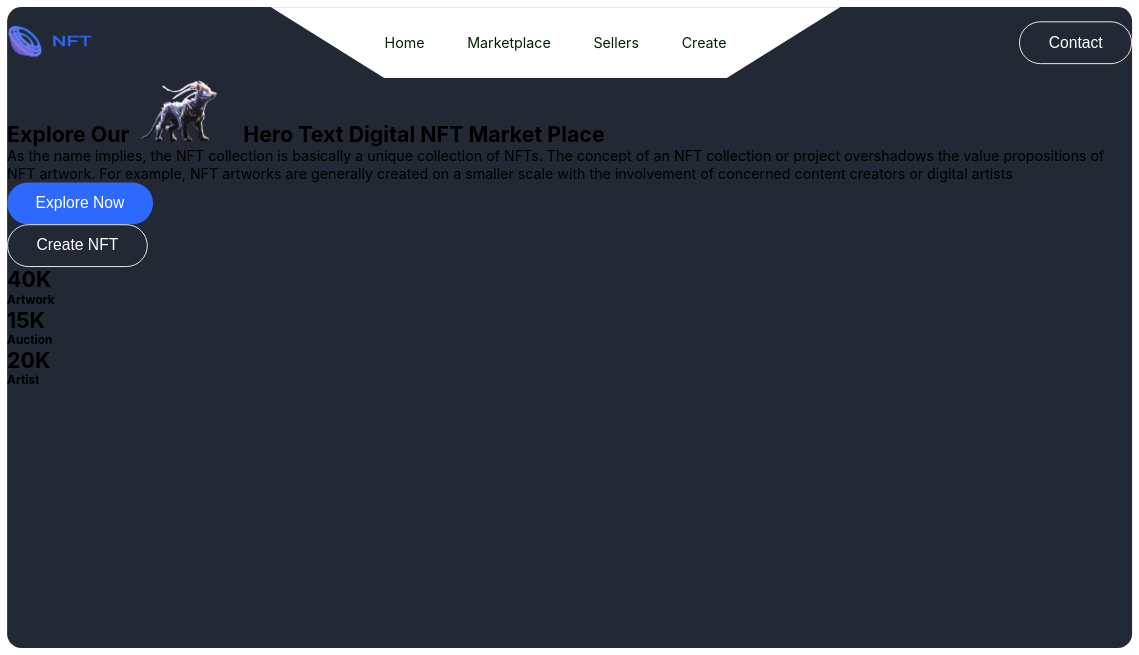
Repository: Ellisvelandia/NFT
Page: /
An editor plug-in stored every save of this project. The page is shown before and after the next save, followed by the edit.
The browser window is 1280 px wide. The pictures show the whole page, at 89% of full size.
The project was rebuilt for these pictures with package versions that can differ from the ones it lists, and the page was loaded fresh each time.

Above is the page before, as saved 2022-08-21 15:13:52.

After the next save:
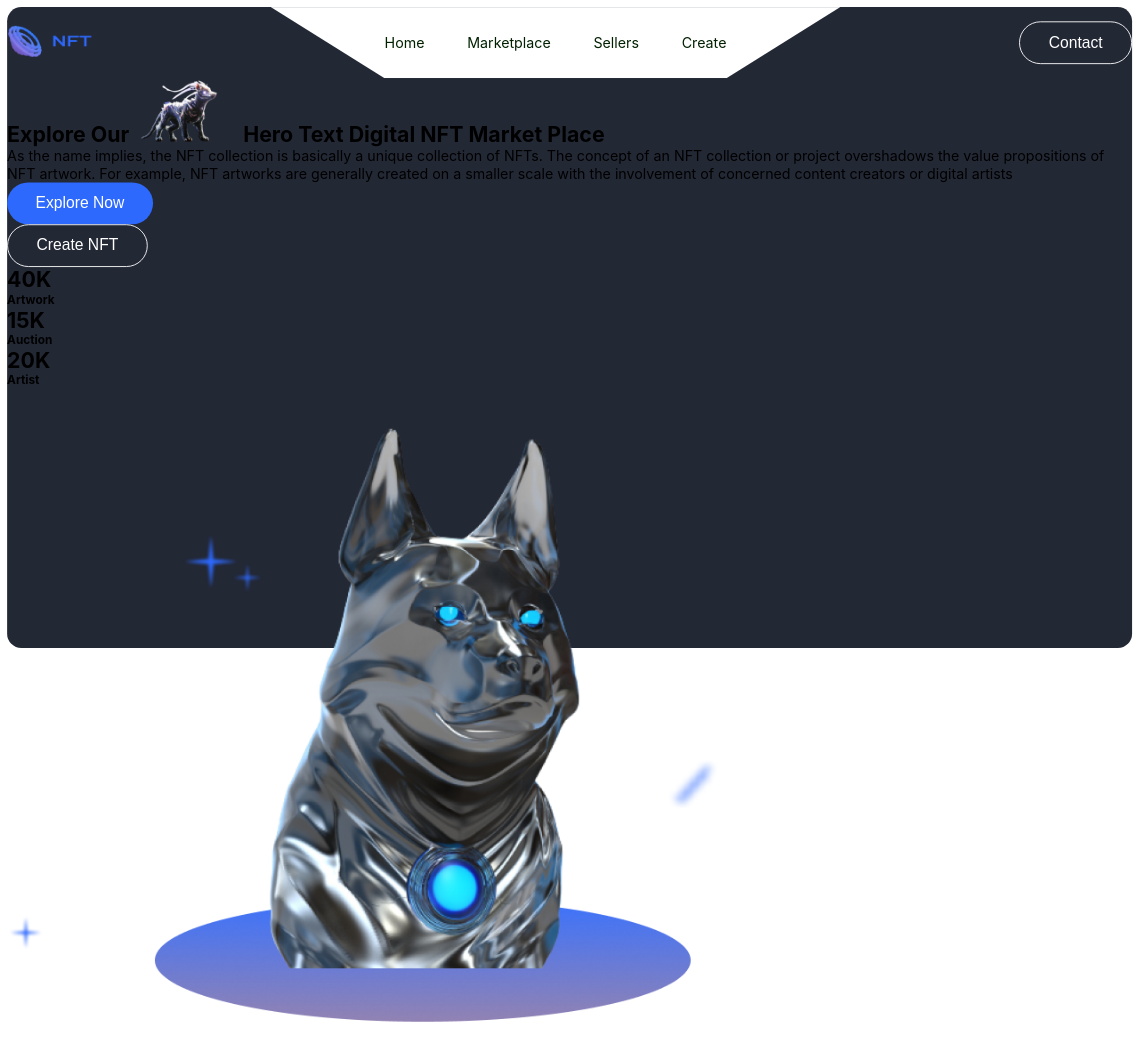
Saved 55 s later.
--- a/src/components/Home.jsx
+++ b/src/components/Home.jsx
@@ -47,7 +47,7 @@
         </div>
       </div>
       <div className="image">
-        <img src="" alt="" />
+        <img src={hero} alt="hero" />
       </div>
     </Section>
   );
